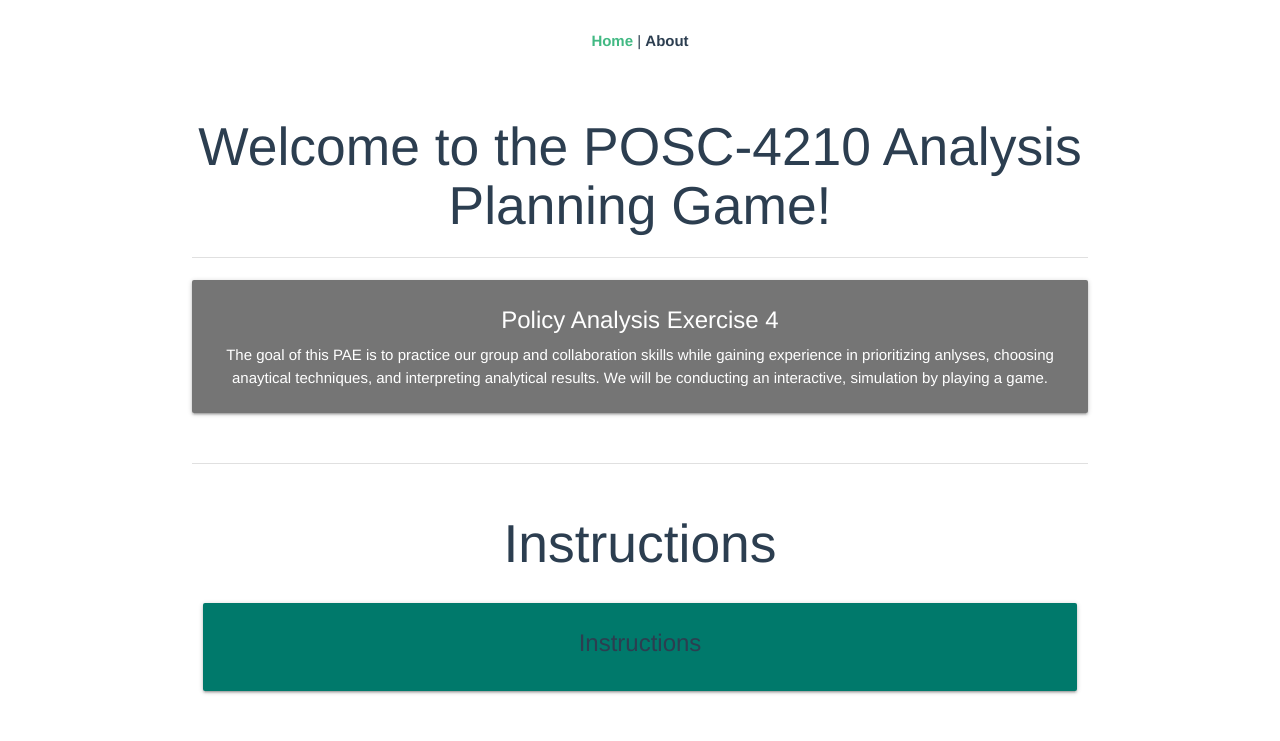
Repository: gallard28/posc4210app
Page: /
These files come from the project's save history. The page is drawn as it stood at one moment and after the next save; the edit follows.
The browser window is 1280 px wide. The pictures show the whole page.
The project was rebuilt for these pictures with package versions that can differ from the ones it lists, and the page was loaded fresh each time.

Above is the page before, as saved 2020-09-20 16:07:30.

### public/index.html
<!DOCTYPE html>
<html lang="en">
  <head>
    <meta charset="utf-8">
    <meta http-equiv="X-UA-Compatible" content="IE=edge">
    <meta name="viewport" content="width=device-width,initial-scale=1.0">
    <link rel="icon" href="<%= BASE_URL %>favicon.ico">
    <title><%= htmlWebpackPlugin.options.title %></title>

    <!-- Materialize CSS -->
    <!-- Compiled and minified CSS -->
    <link rel="stylesheet" href="https://cdnjs.cloudflare.com/ajax/libs/materialize/1.0.0/css/materialize.min.css">

    <!-- Compiled and minified JavaScript -->
    <script src="https://cdnjs.cloudflare.com/ajax/libs/materialize/1.0.0/js/materialize.min.js"></script>

  </head>
  <body>
    <noscript>
      <strong>We're sorry but <%= htmlWebpackPlugin.options.title %> doesn't work properly without JavaScript enabled. Please enable it to continue.</strong>
    </noscript>
    <div id="app"></div>
    <!-- built files will be auto injected -->
  </body>
</html>

### src/views/Home.vue
<template>
  <div class="home container">
    <div class="col s12">
      <h2>Welcome to the POSC-4210 Analysis Planning Game!</h2>
    </div>
    <!-- Description -->
    <div class="divider"></div>
    <div class="section">
      <div class="row">
        <div class="cols s12">
          <!-- Card -->
          <div class="card grey darken-1">
            <div class="card-content white-text">
              <span class="card-title">Policy Analysis Exercise 4</span>
              <p>The goal of this PAE is to practice our group and collaboration skills while gaining experience in prioritizing anlyses, choosing anaytical techniques, and interpreting analytical results. We will be conducting an interactive, simulation by playing a game.</p>
            </div>
          </div>
        </div>
    </div>
    </div>
    <!-- Insturctions -->
    <div class="divider"></div>
    <div class="section">
      <div class="headline">
        <h2>Instructions</h2>
      </div>
      <div class="row">
        <!-- Card 1 -->
        <div class="col s12">
          <div class="card teal darken-2">
            <div class="card-content">
              <span class="card-title">Instructions</span>
            </div>
          </div>
        </div>
      </div>
    </div>


  </div>
</template>

<script>
export default {
  name: 'Home',
  components: {
  }
}
</script>

Loaded but not shown: src/main.js (common file); src/App.vue (common file); src/router/index.js (common file)

After the next save:
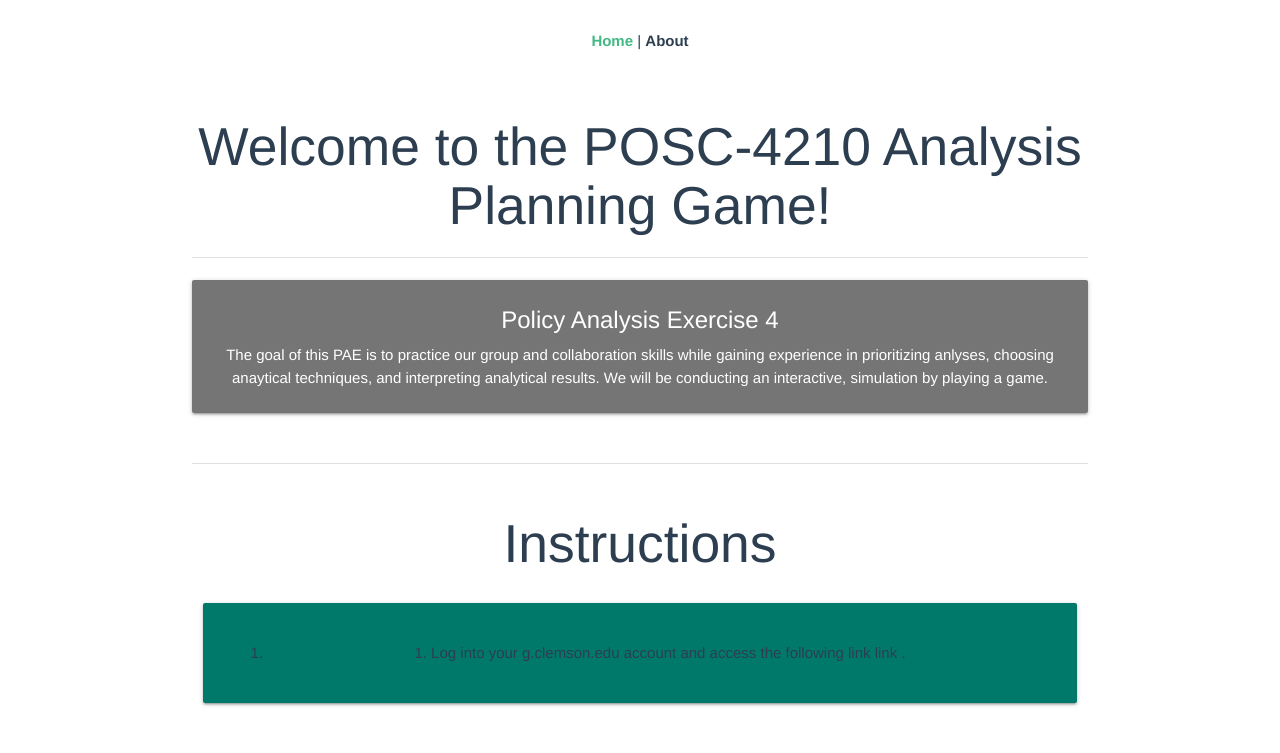
Saved 96 s later.
--- a/src/views/Home.vue
+++ b/src/views/Home.vue
@@ -29,7 +29,11 @@
         <div class="col s12">
           <div class="card teal darken-2">
             <div class="card-content">
-              <span class="card-title">Instructions</span>
+              <p>
+                <ol>
+                  <li>1. Log into your g.clemson.edu account and access the following link <a:href>link</a:href> .</li>
+                </ol>
+              </p>
             </div>
           </div>
         </div>
